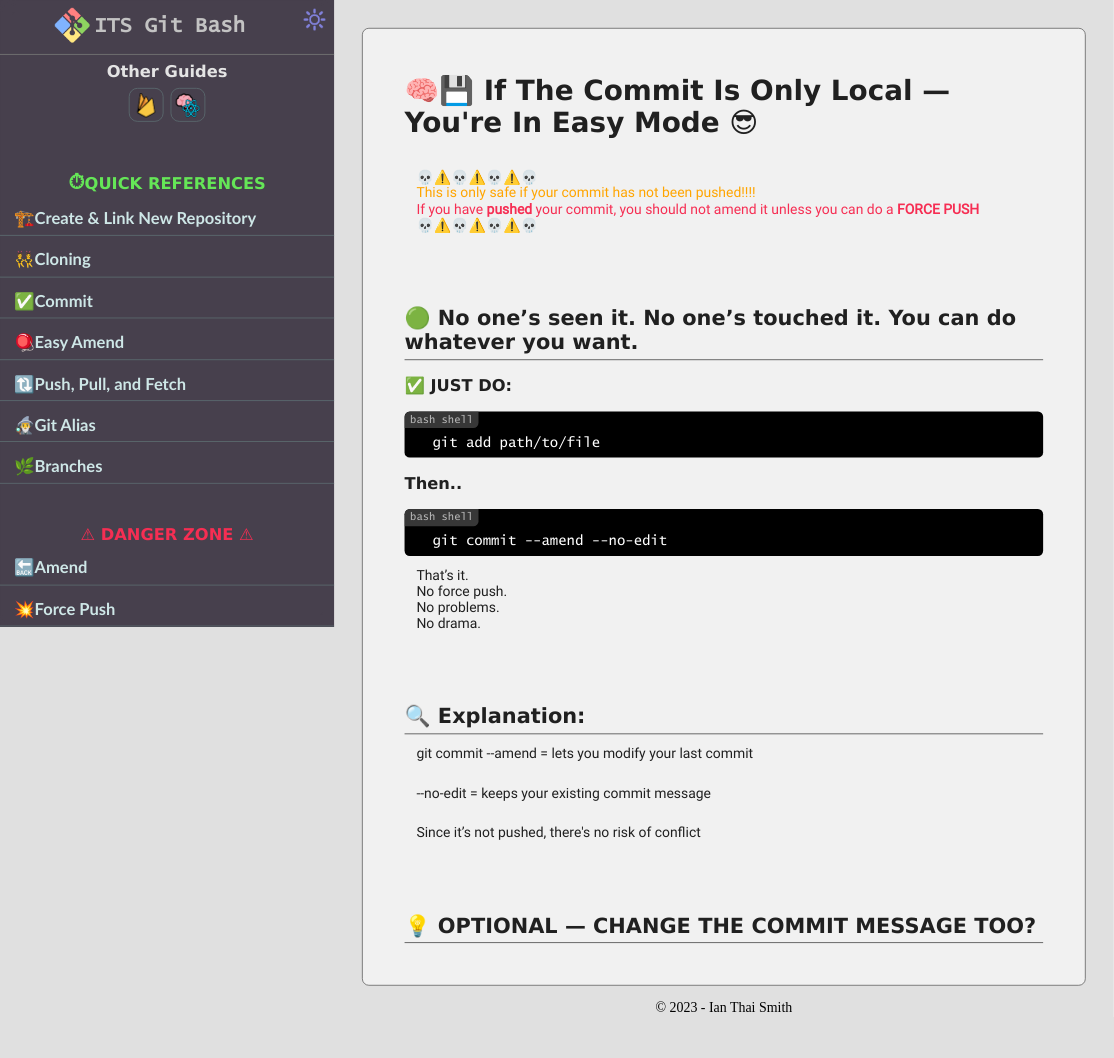
Repository: whyDoILoveThis/project__ITS_Git_Bash
Page: html/easy-amend.html
These files come from the project's save history. The page is drawn as it stood at one moment and after the next save; the edit follows.
The browser window is 1280 px wide. The pictures show the whole page, at 87% of full size.

Above is the page before, as saved 2025-07-06 06:46:27.

### html/easy-amend.html
<!DOCTYPE html>
<html lang="en">
  <head>
    <meta charset="UTF-8" />
    <meta name="viewport" content="width=device-width, initial-scale=1.0" />
    <link rel="stylesheet" href="/css/normalize.css" />
    <link rel="stylesheet" href="/css/style.css" />
    <title>new-page</title>
  </head>
  <body>
    <!--!!!!!-->
    <!--! MAIN-WRAP -->
    <div class="main-wrap">
      <section class="article-wrap">
        <article class="article">
          <h1>🧠💾 If The Commit Is Only Local — You're In Easy Mode 😎</h1>
          <p class="orng">
            💀⚠️💀⚠️💀⚠️💀
            <br />
            This is only safe if your commit has not been pushed!!!!
            <br />
            <em class="red">
              If you have <b>pushed</b> your commit, you should not amend it
              unless you can do a <b>FORCE PUSH</b>
            </em>
            <br />
            💀⚠️💀⚠️💀⚠️💀
          </p>
          <h2>
            🟢 No one’s seen it. No one’s touched it. You can do whatever you
            want.
          </h2>
          <h3>✅ JUST DO:</h3>
          <div class="code">
            <p>git add path/to/file<br /></p>
          </div>
          <h3>Then..</h3>
          <div class="code">
            <p>git commit --amend --no-edit</p>
          </div>
          <p>
            That’s it. <br />
            No force push. <br />
            No problems. <br />
            No drama.
          </p>
          <h2>🔍 Explanation:</h2>

          <p>git commit --amend = lets you modify your last commit</p>
          <p>--no-edit = keeps your existing commit message</p>
          <p>Since it’s not pushed, there's no risk of conflict</p>
          <h2>💡 OPTIONAL — CHANGE THE COMMIT MESSAGE TOO?</h2>
        </article>
      </section>
    </div>
    <!--! MAIN-WRAP -->
    <!--! !!!!!!! -->
    <script src="/JS/dynamic-nav.js"></script>
  </body>
</html>

### css/style.css


/*TODO: REFACTOR FOR BETTER ORGANIZATION
        AND REMOVING REDUNDANCIES*/

        :root {
            --size--brightness-toggler: 50px;
        }


.gradient {
    width: 100vw;
    height: 100vh;
    background: rgb(52,30,84);
background: linear-gradient(360deg, rgba(52,30,84,1) 0%, rgba(67,41,166,1) 100%);
}

@font-face {
    font-family: LucidaConsole;
    src: url(/fonts/lucon.ttf);

}

@font-face {
    font-family: Roboto;
    src: url(/fonts/Roboto-Regular.ttf);
}

body {
    font-family: 'Lucida Sans', 'Lucida Sans Regular', 'Lucida Grande', 'Lucida Sans Unicode', Geneva, Verdana, sans-serif;
    transition: background-color 0.3s ease-in;
    background-color: rgb(36, 31, 35);

}

body::-webkit-scrollbar-track
{
	-webkit-box-shadow: inset 0 0 6px rgba(0,0,0,0.3);
	border-radius: 10px;
	background-color: rgb(52, 29, 69);
}

body::-webkit-scrollbar
{
    border-radius: 10px;

	width: 5px;
	background-color: rgb(50, 41, 56);
}

body::-webkit-scrollbar-thumb
{
	border-radius: 10px;
	-webkit-box-shadow: inset 0 0 6px rgba(0,0,0,.3);
	background-color: #8181DB;
}



ul {
    list-style-type: none;
    padding: 0;
    padding-bottom: 4rem;
    margin: 0;
}

ul li {
    padding: 1rem 0 0.5rem 1rem;
    border-bottom: 0.5px solid rgb(90, 105, 110);
}

li a {
    text-decoration: none;
    color: rgb(206, 231, 231);
    font-family: 'Trebuchet MS', 'Lucida Sans Unicode', 'Lucida Grande', 'Lucida Sans', Arial, sans-serif;
    font-weight: 600;
    text-decoration-thickness: 0px;
    font-size: 19px;
}

a {
    color: rgb(45, 143, 248);
    text-decoration: none;
}

a:hover {
    font-weight: 600;
    text-decoration: underline;
}

li a:hover {
    text-decoration: underline;
    text-decoration-thickness: 2px;
    text-decoration-color: rgb(110, 203, 103);
}

em {
    font-style: normal;
}

.main-wrap {
    display: flex;
    height: 100%;
    width: 100%;
}

/** NAV */

.nav {
    z-index: 100;
    background: rgba(50, 41, 56, 0.877);
    backdrop-filter: blur(8px);
    -webkit-backdrop-filter: blur(8px);
    display: flex;
    flex-direction: column;
    width: 30%;
    height: 100%;
    position: fixed;
    overflow: auto;
    transition: all 0.37s ease-out;
}

.nav::-webkit-scrollbar-track
{
	-webkit-box-shadow: inset 0 0 6px rgba(0,0,0,0.3);
	border-radius: 10px;
	background-color: rgb(50, 41, 56);
}

.nav::-webkit-scrollbar
{
    border-radius: 10px;

	width: 3px;
	background-color: rgb(50, 41, 56);
}

.nav::-webkit-scrollbar-thumb
{
	border-radius: 10px;
	-webkit-box-shadow: inset 0 0 6px rgba(0,0,0,.3);
	background-color: #8181DB;
}


.logo-wrap {
    height: auto;
    max-height: 40px;
    display: flex;
    align-items: center;
    justify-content: center;
    gap: 0.3rem;
    padding: 0.7rem;
    border-bottom: 1px solid rgb(115, 115, 115);
    padding-right: var(--size--brightness-toggler);

}

.logo__icon {
    width: 8vw;
    max-width: 40px;
    height: 8vw;
    max-height: 40px;
    display: inline;
}

.logo__tag {
    color: rgb(195, 195, 195);
    font-family:  LucidaConsole, Arial, Helvetica, sans-serif;
    white-space: 1px;
    font-size: 24px;
    font-weight: 600;
    margin: 0;
}

.dark-mode-toggler-wrap {
    position: absolute;
    top: 10px;
    right: 10px;

}

.other-guides-wrap {
    margin: 0.5rem;
    display: flex;
    justify-content: center;
    align-self: center;
    gap: 0.5rem;
}

.other-guides-wrap > a > img {
    width: 28px;
}

.other-guides-heading {
    color: rgb(228, 228, 228);
    margin-top: 0;
}

.guide-link {
    border: 1px solid rgb(90, 105, 110);
    border-radius: 10px;
    display: flex;
    justify-content: center;
    padding: 0.3rem;
    transition: background-color 0.4s;
}

.guide-link:hover {
    background-color: rgba(255, 255, 255, 0.117);
}

.quick-ref-heading {
    color: rgb(101, 230, 87);
    text-transform: uppercase;
}

.quick-ref-heading::before {
    content: '⏱';
    font-size: 24px;
}

.article-wrap {
    margin-left: 30%;
    width: calc(70% - 2rem * 2);
    padding: 2rem;
}

.article {
    border: 1px solid rgb(109, 109, 109);
    border-radius:8px;
    display: flex;
    flex-direction: column;
    padding: 3rem;
    padding-top: 2rem;

    background-color: rgb(49, 49, 49);
    color: rgba(255, 255, 255, 0.90);
    transition: background-color 0.4s ease-in, color 0.5s ease-in;

}

.article__heading,
.article h2.h2--large {
    text-align: center;
    font-size: 32px;
    margin: 0.8rem;
    border: 0;
}

.article h2 {
    margin: 4.4rem 0 0rem 0;
    border-bottom: 1px solid #555;
    padding-bottom: 0.3rem;
}


.article > p {
    font-family: Roboto, Arial, Helvetica, sans-serif;
    margin: 0.85rem;
}

.emoji {
    display: inline;
    width: 20px;
}

.emoji--rocket {
    content: url(/img/emoji-rocket.PNG);
}

.code {
    font-family: LucidaConsole, Arial, Helvetica, sans-serif;
    white-space: nowrap;
    background-color: black;
    color: white;
    font-style: normal;
    width: 100%;
    display: flex;
    flex-direction: column;
    border-radius: 6px;
    overflow: auto;
}

.code p::selection,
.code em::selection {
    background: rgba(214, 172, 238, 0.273);
    color: inherit;
}

.code::-webkit-scrollbar {
    width: 12px;
    background-color: #F5F5F5;
    height: 7px;
}
.code::-webkit-scrollbar-thumb {
    border-radius: 1px;
    -webkit-box-shadow: inset 0 0 6px rgba(0,0,0,.3);
    background-color: #555;
}
.code::-webkit-scrollbar-track {
    -webkit-box-shadow: inset 0 0 6px rgba(0,0,0,0.3);
    border-radius: 1px;
    background-color: #F5F5F5;
}


.code::before {
    content: 'bash shell';
    background-color: rgb(55, 55, 55);


    align-self: flex-start;

    color: rgb(184, 184, 184);
    padding: 0.25rem 0.4rem 0.1rem 0.4rem;
    border-radius: 6px 0px 6px 0;
    font-size: 12px;
}

.code--html::before {
    content: 'HTML';
    color: rgb(255, 72, 0);
    letter-spacing: 1px;
}

.code--js::before {
   content: 'javascript';
   color: yellow;
}

.code--json::before {
    content: 'json';
    color: rgb(93, 184, 93);
}

.code--file-struct::before {
    content: '📁';
    font-size: 20px;
}

.code p {
    margin: 0.5rem 0 0.5rem 2rem;
    display: inline-block;
    flex: 0 0 100%;
}

.comnt {
    color: rgb(123, 123, 123);
}

.orng {
    color: orange;
}

.grn {
    color: rgb(60, 162, 60);
}

.blu {
    color: rgb(74, 189, 255);
}

.red {
    color: rgb(246, 46, 83);
}

/** BUTTONS */

.btn-group {
    display: flex;
    gap: 0.5rem;
}

.btn {
    position: relative;
    z-index: 99;
    width: 100%;
    font-family: Roboto, Arial, Helvetica, sans-serif;
    font-size: 24px;
    text-shadow: 0 0 2px rgba(0, 0, 0, 0.577);
    padding: 10px 20px;
    background-color: #27396a;

    color: #6cbbfb;
    cursor: pointer;
    border-radius: 10px;
    border: 1.5px solid rgb(0, 0, 0);
    margin-top: 1rem;
}

.btn--important {
    color: rgb(252, 107, 107);
    background-color: rgb(83, 32, 32);
}

.btn--more-info-box {

    font-family: Roboto, Arial, Helvetica, sans-serif;
    background-color: #eeeeee;
    background-color: #363232;

    color: #202020;
    color: rgba(255, 255, 255, 0.90);
    position: relative;
    top: -1rem;
    padding: 1rem;
    border-radius: 8px;
    text-align: center;
    border: 1.5px solid rgb(0, 115, 225);
    animation: 0.5s ease-in-out;
    transform-origin: top center;
    transition: background-color 0.4s ease-in, color 0.5s ease-in;
}

.btn--more-info-box.hidden {
    display: none;

}

@keyframes bounceDown {
    0% {
        transform: scaleY(0);
        opacity: 0;
    }
    70% {
        transform: scaleY(1.04);
        opacity: 1;
    }
    100% {
        transform: scaleY(1);
        opacity: 1;
    }
}

@keyframes bounceUp {
    0% {
        transform: scaleY(1);
        opacity: 1;
    }

    20% {
        transform: scaleY(1.04);
        opacity: 0.8;
    }

    100% {
        transform: scaleY(0);
        opacity: 0.2;
    }
}

.btn--more-info-box p {
    text-align: left;
}

.btn--more-info-box h2 {
    margin-top: 2.5rem;
}

.btn--more-info-box h3 {
    margin-top: 1.5rem;
    margin-bottom: 0;
}

@media screen and (min-width: 768px) {
    .nav-toggler {
        position: fixed;
        display: none;
        visibility: hidden;
    }
}

@media screen and (max-width: 778px) {
    ul li {
        padding: 0.8rem 0.3rem 0.5rem 0.8rem;
    }

    li a {
        font-size: 17px;
    }

    .nav {
        margin: 0;
        width: 100%;
        height: 60px;
        overflow: hidden;
        border-top-right-radius: 0;
        border-bottom-left-radius: 10px;
        border-bottom-right-radius: 10px;
        box-shadow: 1px 1px 1px 3px rgba(0, 0, 0, 0.179);
    }

    .nav-expanded {
        width: 85%;
        height: 100%;
        overflow-y: auto;
        box-shadow: 1px 1px 0px 700px rgba(0, 0, 0, 0.5);
        border-bottom-left-radius: 0;
    }

    .nav-expanded .nav-toggler {
        position: absolute;
        transform: translateY(60px);
    }

    .logo-wrap {
        place-self: center;
        padding-right: var(--size--brightness-toggler);
        padding-left: var(--size--brightness-toggler);
    }
    .logo__icon {
        height: 40px;
        width: 40px;
    }
    .dark-mode-toggler-wrap {
        position: absolute;
        top: 15px;
        right: 10px;

    }
    .nav-toggler {
       width: 40px;
       position: absolute;
       left: 10px;

       transition: all 0.2s;
    }

    .logo__tag {
        font-size: 22px;
        white-space: nowrap;
    }

    .article-wrap {
        margin: 0;
        width: calc(100% - 0.5rem * 2);
         padding: 0.5rem;
         margin-top: 70px;
     }
     .article {
        padding: 0.5rem;
    }
}

.copyright::before {
    content: '© 2023 - Ian Thai Smith ';
    font-family: 'Times New Roman', Times, serif ;
    display: flex;
    justify-content: center;

}

### JS/dynamic-nav.js
const head = document.getElementsByTagName('head')[0];
const tabIcon = document.createElement("link");
tabIcon.href = "/img/git-bash-icon.png";
tabIcon.rel = "icon";
head.appendChild(tabIcon);

const articleWrap = document.querySelector(".article-wrap");

const copyright = document.createElement("p");
copyright.classList.add("copyright");

articleWrap.appendChild(copyright);

// Select the target element
const container = document.querySelector(".main-wrap");

// Create the main navigation element
const navigation = document.createElement("nav");
navigation.classList.add("nav");

function expandNav(){
    navigation.classList.toggle("nav-expanded")
}

const navToggler = document.createElement("img");
navToggler.src = "/img/icon-nav-toggler.png";
navToggler.classList.add("nav-toggler");
navToggler.addEventListener("click", expandNav);



// Create the logo-wrap div
const logoWrap = document.createElement("div");
logoWrap.classList.add("logo-wrap");

// Create the logo icon
const logoIcon = document.createElement("img");
const homeLink = document.createElement("a");
homeLink.href = "/index.html";
logoIcon.src = "/img/git-bash-icon.png";
logoIcon.alt = "";
logoIcon.classList.add("logo__icon");
homeLink.appendChild(logoIcon);


// Create the logo tag
const logoTag = document.createElement("p");
logoTag.classList.add("logo__tag");
logoTag.innerText = "ITS Git Bash";


const darkModeTogglerWrap = document.createElement("div");
darkModeTogglerWrap.classList.add("dark-mode-toggler-wrap");
const darkModeToggler = document.createElement("img");
darkModeTogglerWrap.appendChild(darkModeToggler);
darkModeToggler.src = "/img/icon-brightness-dim.png";
darkModeToggler.style.width = "25px";
darkModeToggler.classList.add(".dark-mode-toggler");

const article = document.querySelector('.article')


darkModeToggler.addEventListener("click", toggleBrightness);

const otherGuidesWrap = document.createElement("div");
otherGuidesWrap.classList.add("other-guides-wrap");

const otherGuides = document.createElement("h3");
otherGuides.innerText = "Other Guides";
otherGuides.classList.add('other-guides-heading');
otherGuides.style.textAlign = "center";
otherGuides.style.marginBottom = "0";
otherGuides.style.marginTop = "0.5rem";

const linkBash = document.createElement('a');
const imgBash = document.createElement("img");
linkBash.classList.add('guide-link');
imgBash.src = "/img/firebase-icon.png";
linkBash.href = "https://its-firebase.vercel.app";
linkBash.appendChild(imgBash);
otherGuidesWrap.appendChild(linkBash);
// another
const linkReact18 = document.createElement('a');
const imgReact18 = document.createElement("img");
linkReact18.classList.add('guide-link');
imgReact18.src = "/img/learn-react18-icon.png";
linkReact18.href = "https://learn-react18.vercel.app";
linkReact18.appendChild(imgReact18);
otherGuidesWrap.appendChild(linkReact18);




const infoBoxes = document.querySelectorAll('.btn--more-info-box');


// Check if 'bright' is stored in localStorage
const storedBright = localStorage.getItem('bright');

// Initialize 'bright' with the stored value (or default to false if not found)
let bright = storedBright === 'false';


function toggleBrightness() {
    bright = !bright;

    // Store the updated 'bright' value in localStorage
    localStorage.setItem('bright', bright);

 // Update UI and apply styles based on 'bright' state

    if(bright){
    fadeOutAndChange(darkModeToggler, "/img/icon-brightness-bright.png");
    document.body.style.backgroundColor = 'rgb(224, 224, 224)';
    article.style.backgroundColor = 'rgb(241, 241, 241)';
    article.style.color = '#202020';
    copyright.style.color = 'black';
    infoBoxes.forEach(infoBox => {
        infoBox.style.backgroundColor = '#eeeeee';
        infoBox.style.color = '#202020';
    });
    } else {
        fadeOutAndChange(darkModeToggler, "/img/icon-brightness-dim.png");
        document.body.style.backgroundColor = 'rgb(36, 31, 35)';
        article.style.backgroundColor = 'rgb(49, 49, 49)';
        article.style.color = 'rgba(255, 255, 255, 0.90)';
        copyright.style.color = 'white';
        infoBoxes.forEach(infoBox => {
            infoBox.style.backgroundColor = '#363232';
            infoBox.style.color = 'rgba(255, 255, 255, 0.90)';
        });
    }
}

function fadeOutAndChange(element, newImageSrc) {
    element.style.opacity = 0;
    setTimeout(() => {

        element.src = newImageSrc;
        element.style.opacity = 1;
    }, 200); // Adjust the time to match your CSS transition duration
}

// Call toggleBrightness to initialize UI based on stored value
toggleBrightness();


// Append the logo icon and tag to the logo-wrap div
logoWrap.appendChild(navToggler);
logoWrap.appendChild(homeLink);
logoWrap.appendChild(logoTag);



// Create the links list
const linkList = document.createElement("ul");
linkList.classList.add("link__list");


const quickRefs = document.createElement("h3");
quickRefs.innerText = "Quick References";
quickRefs.classList.add('quick-ref-heading');
quickRefs.style.textAlign = "center";
quickRefs.style.marginBottom = "0";
quickRefs.style.marginTop = "3rem";
linkList.appendChild(quickRefs);
/****************LINKS****************** */
/****************LINKS****************** */
// Create a list item for the link
const linkItem1 = document.createElement("li");
linkItem1.classList.add("link");
// Create the link itself
const linkCreateNewRepo = document.createElement("a");
linkCreateNewRepo.href = "/html/create-and-link-new-repo.html";
linkCreateNewRepo.innerText = "🏗️Create & Link New Repository";
// Append the link to the list item
linkItem1.appendChild(linkCreateNewRepo);
// Append the list item to the links list
linkList.appendChild(linkItem1);

// Create a list item for the link
const linkItem2 = document.createElement("li");
linkItem2.classList.add("link");
const linkCloning = document.createElement("a");
linkCloning.href = "/html/cloning.html";
linkCloning.innerText = "👯‍♀️Cloning";
// Append the link to the list item
linkItem2.appendChild(linkCloning);
// Append the list item to the links list
linkList.appendChild(linkItem2);

const linkItem3 = document.createElement("li");
linkItem3.classList.add("link");
const linkCommit = document.createElement("a");
linkCommit.href = "/html/commit.html";
linkCommit.innerText = "✅Commit";
linkItem3.appendChild(linkCommit);
linkList.appendChild(linkItem3);

const linkItem3v1 = document.createElement("li");
linkItem3v1.classList.add("link");
const linkEasyAmend = document.createElement("a");
linkEasyAmend.href = "/html/easy-amend.html";
linkEasyAmend.innerText = "🪀Easy Amend";
linkItem3v1.appendChild(linkEasyAmend);
linkList.appendChild(linkItem3v1);

const linkItem4 = document.createElement("li");
linkItem4.classList.add("link");
const linkPushPullAndFetch = document.createElement("a");
linkPushPullAndFetch.href = "/html/push-pull-and-fetch.html";
linkPushPullAndFetch.innerText = "🔃Push, Pull, and Fetch";
linkItem4.appendChild(linkPushPullAndFetch);
linkList.appendChild(linkItem4);

const linkItem7 = document.createElement("li");
linkItem7.classList.add("link");
const linkGitAlias = document.createElement("a");
linkGitAlias.href = "/html/git-alias.html";
linkGitAlias.innerText = "🧙‍♂️Git Alias";
linkItem7.appendChild(linkGitAlias);
linkList.appendChild(linkItem7);

const linkItem8 = document.createElement("li");
linkItem8.classList.add("link");
const linkBranches = document.createElement("a");
linkBranches.href = "/html/branches.html";
linkBranches.innerText = "🌿Branches";
linkItem8.appendChild(linkBranches);
linkList.appendChild(linkItem8);

const dangerZone = document.createElement("h3");
dangerZone.innerText = "⚠ DANGER ZONE ⚠";
dangerZone.style.textAlign = "center";
dangerZone.classList.add("red");
dangerZone.style.marginBottom = "0";
dangerZone.style.marginTop = "3rem";
linkList.appendChild(dangerZone);

const linkItem5 = document.createElement("li");
linkItem5.classList.add("link");
const linkAmend = document.createElement("a");
linkAmend.href = "/html/amend.html";
linkAmend.innerText = "🔙Amend";
linkItem5.appendChild(linkAmend);
linkList.appendChild(linkItem5);

const linkItem6 = document.createElement("li");
linkItem6.classList.add("link");
const linkForcePush = document.createElement("a");
linkForcePush.href = "/html/💥force-push.html";
linkForcePush.innerText = "💥Force Push";
linkItem6.appendChild(linkForcePush);
linkList.appendChild(linkItem6);





/****************LINKS****************** */
/****************LINKS****************** */


// Append the logo-wrap div and links list to the navigation
navigation.appendChild(logoWrap);
navigation.appendChild(darkModeTogglerWrap);
navigation.appendChild(otherGuides);
navigation.appendChild(otherGuidesWrap);
navigation.appendChild(linkList);

// Append the navigation to the container
container.appendChild(navigation);

Loaded but not shown: css/normalize.css (library)

After the next save:
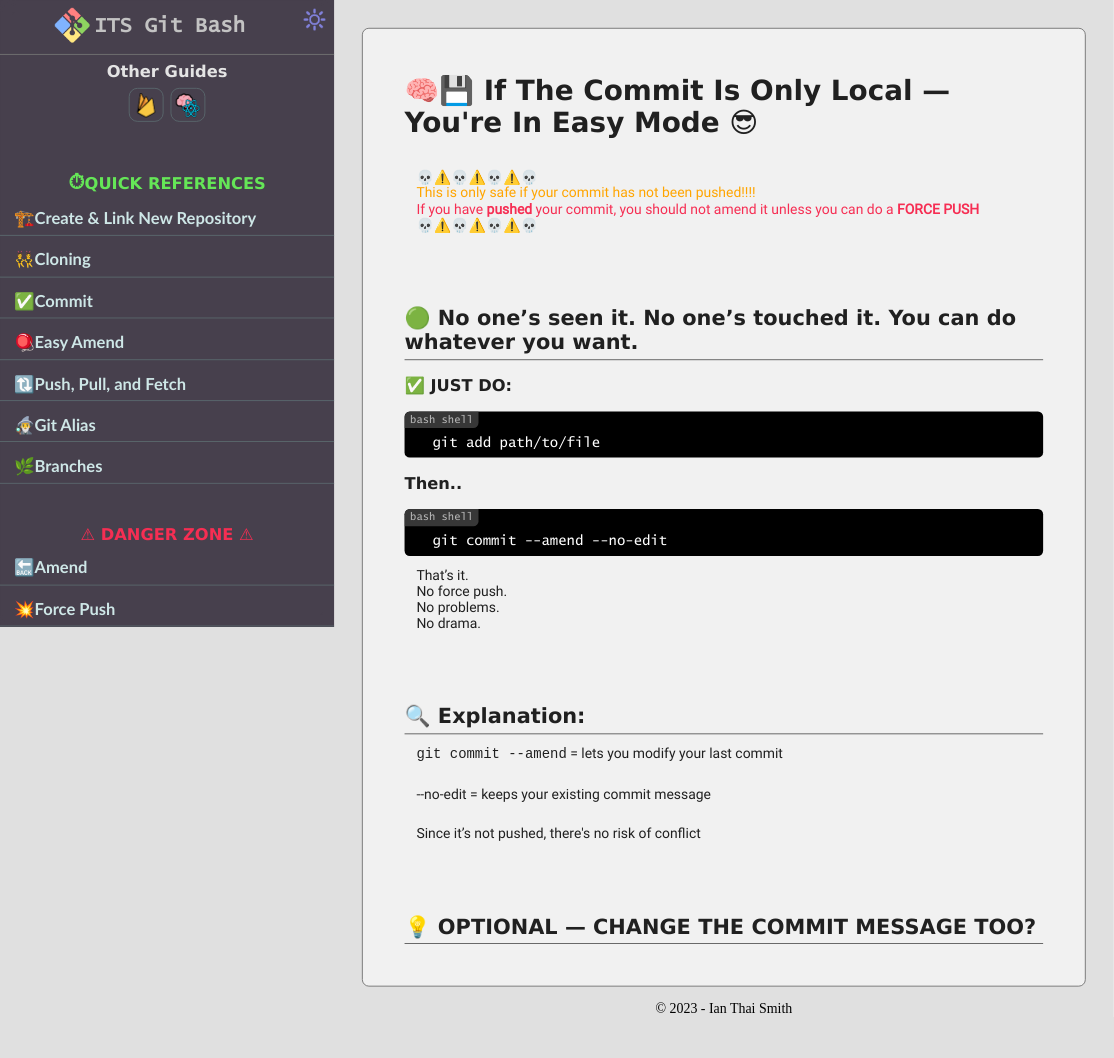
Saved 19 s later.
--- a/html/easy-amend.html
+++ b/html/easy-amend.html
@@ -46,7 +46,9 @@
           </p>
           <h2>🔍 Explanation:</h2>
 
-          <p>git commit --amend = lets you modify your last commit</p>
+          <p>
+            <code>git commit --amend</code> = lets you modify your last commit
+          </p>
           <p>--no-edit = keeps your existing commit message</p>
           <p>Since it’s not pushed, there's no risk of conflict</p>
           <h2>💡 OPTIONAL — CHANGE THE COMMIT MESSAGE TOO?</h2>
